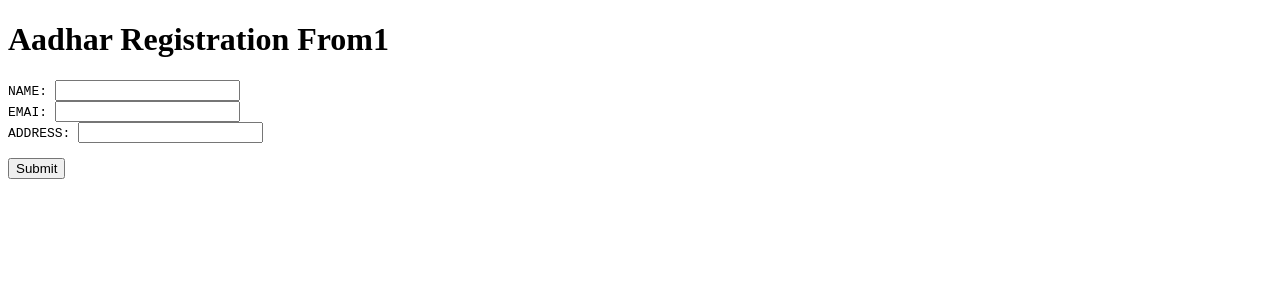
Repository: somakbha/CodeBackUP
Page: J2EE-Practice/RequestDispatcher-Inclusion/WebContent/form1.html
The author's editor kept a copy of each file at every save. The page is drawn from the files as they stood at one save, then again after the next save.
The browser window is 1280 px wide. The pictures show the whole page.

Above is the page before, as saved 2019-06-01 19:01:56.

### J2EE-Practice/RequestDispatcher-Inclusion/WebContent/form1.html
<!DOCTYPE html>
<html>
<head>
<meta charset="UTF-8">
<title>Aadhar registration</title>
</head>
<body>
	<h1>Aadhar Registration From1</h1>
	<form action="./reg">
		<pre>
NAME: <input type="text" name="name">
EMAI: <input type="text" name="emal">
ADDRESS: <input type="text"area name="mname">

<input type="submit" name="submit">
</pre>
	</form>

</body>
</html>

After the next save:
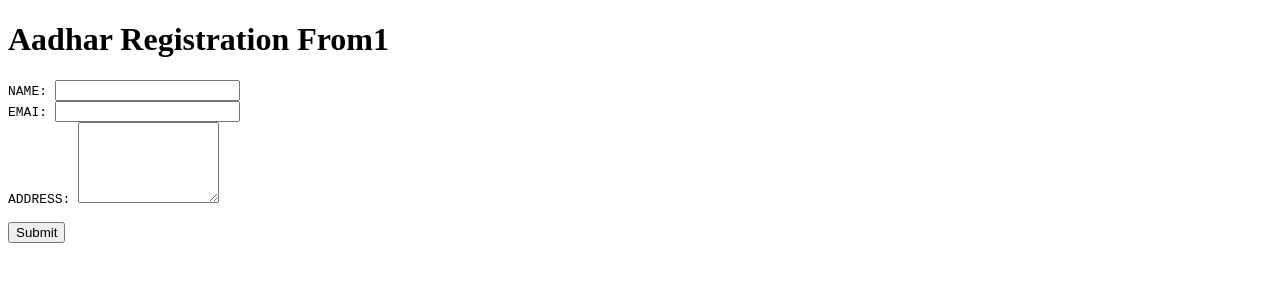
Saved 114 s later.
--- a/J2EE-Practice/RequestDispatcher-Inclusion/WebContent/form1.html
+++ b/J2EE-Practice/RequestDispatcher-Inclusion/WebContent/form1.html
@@ -10,7 +10,7 @@
 		<pre>
 NAME: <input type="text" name="name">
 EMAI: <input type="text" name="emal">
-ADDRESS: <input type="text"area name="mname">
+ADDRESS: <textarea rows="5" cols="15" name="address"></textarea>
 
 <input type="submit" name="submit">
 </pre>
